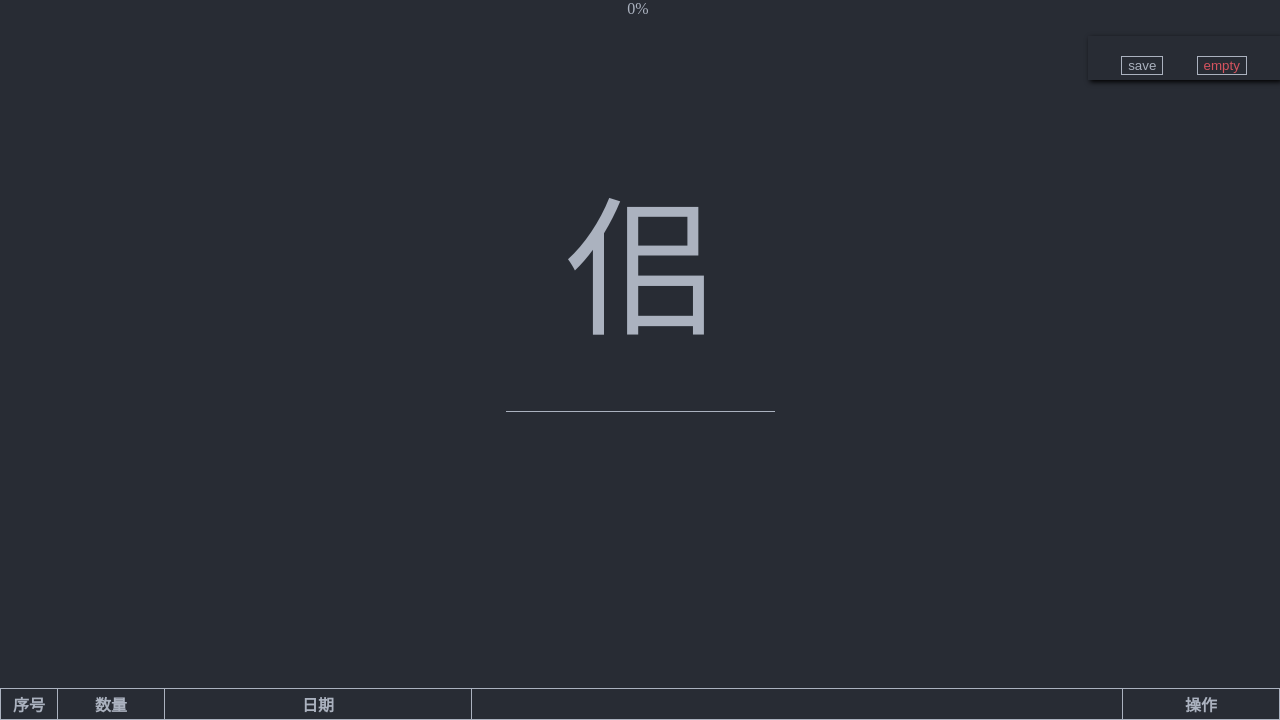
Repository: KR673/wsHone
Page: main.html
These files come from the project's save history. The page is drawn as it stood at one moment and after the next save; the edit follows.
The browser window is 1280 px wide. The pictures show the whole page.
Some web fonts or font styles are not loaded; a fallback is used.

Above is the page before, as saved 2023-01-30 22:18:23.

After the next save:
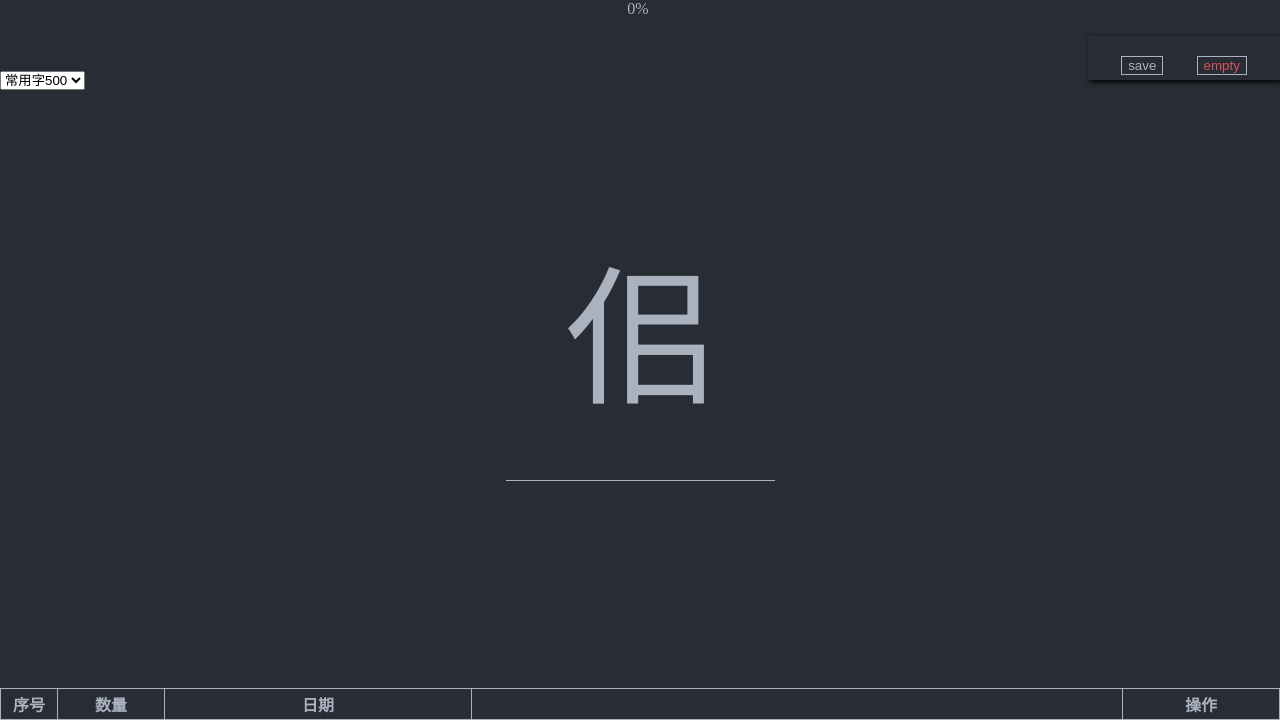
Saved 10 min 13 s later.
--- a/main.html
+++ b/main.html
@@ -15,6 +15,12 @@
             <div class="process-color"></div>
             <span>0%</span>
         </div>
+    </div>
+    <div>
+        <select>
+            <option value="frequently500">常用字500</option>
+            <option value="hanziRoot">字根练习</option>
+        </select>
     </div>
     <div class="input-content hanzi-root">
         <div id="word" class="content"></div>
